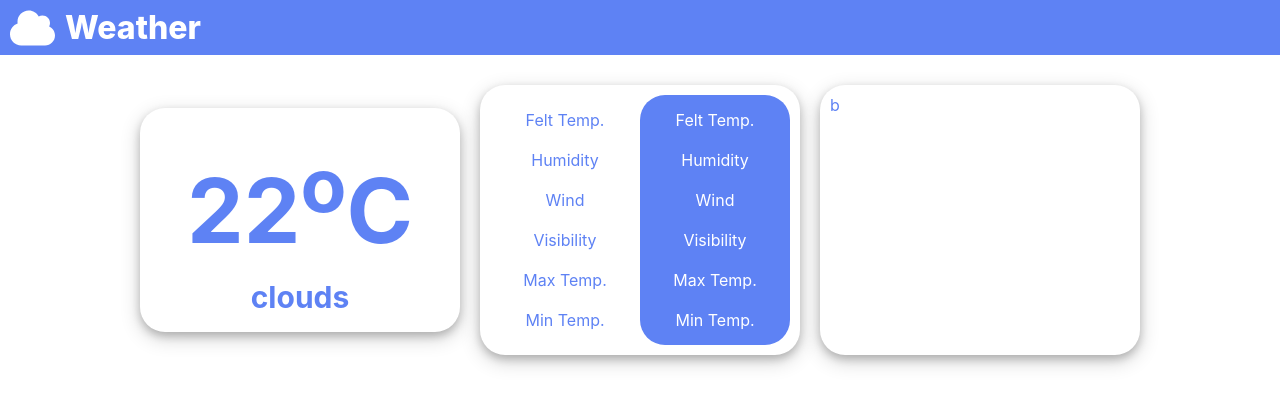
Repository: ahmedazawi/weather-app
Page: /
These files come from the project's save history. The page is drawn as it stood at one moment and after a run of saves; the edit follows.
The browser window is 1280 px wide. The pictures show the whole page.
The page's requests for data from a server got no answer. The project was rebuilt for these pictures with package versions that can differ from the ones it lists, and the page was loaded fresh each time. No one was signed in, and anything a server would have sent is missing.

Above is the page before, as saved 2022-11-30 10:40:03.

After the next 3 saves:
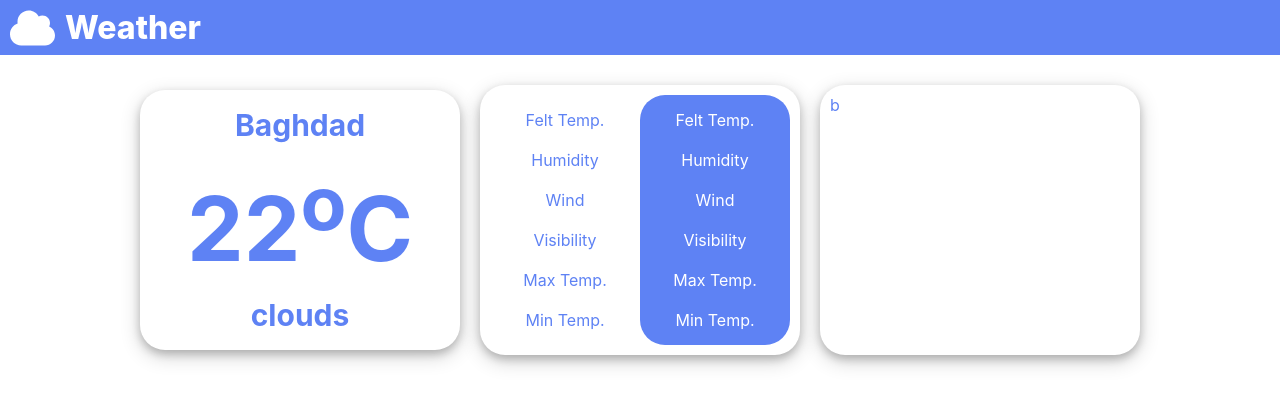
The 3 saves are shown as one change because 2 did not build or start.
The last was saved 63 s later.
--- a/src/components/Details.js
+++ b/src/components/Details.js
@@ -14,7 +14,10 @@ const Details = () => {
     <div className="main">
       <div className="big-cards">
         <div>
-          <div>{data.name}</div>
+          <div>
+            {/* {data.name} */}
+            Baghdad
+          </div>
           <div
             style={{
               fontSize: "90px",
